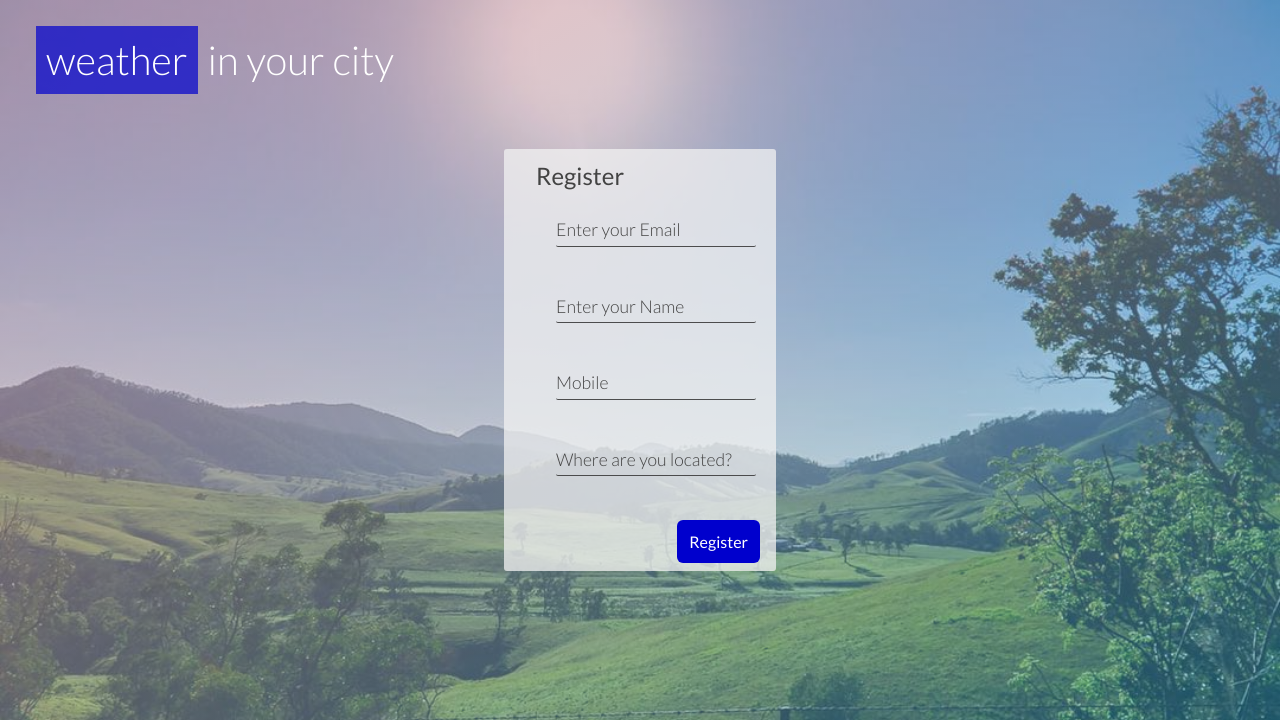
Repository: nosplashurinal/weather-app
Page: /
These files come from the project's save history. The page is drawn as it stood at one moment and after the next save; the edit follows.
The browser window is 1280 px wide. The pictures show the whole page.
The project was rebuilt for these pictures with package versions that can differ from the ones it lists, and the page was loaded fresh each time. Also part of the build but not shown: src/components/RecentSearches.vue, src/components/Search.vue, src/components/WeatherDataBlock.vue, src/components/Login.vue.

Above is the page before, as saved 2018-12-31 18:22:11.

### public/index.html
<!DOCTYPE html>
<html lang="en">

<head>
	<meta charset="utf-8">
	<meta http-equiv="X-UA-Compatible" content="IE=edge">
	<meta name="viewport" content="width=device-width,initial-scale=1.0">
	<link rel="icon" href="<%= BASE_URL %>favicon.ico">
	<link href="https://fonts.googleapis.com/css?family=Lato:300,400" rel="stylesheet">
	<title>weather-app</title>
</head>

<body>
	<noscript>
		<strong>We're sorry but weather-app doesn't work properly without JavaScript enabled. Please enable it to continue.</strong>
	</noscript>
	<div id="app"></div>
	<!-- built files will be auto injected -->
</body>

</html>

### src/App.vue
<template>
  <div class="root-container">
    <div class="bg" v-bind:style="{backgroundImage: `url(${bg})`}"></div>
    <div class="overlay"></div>
    <div class="title">
      <span>weather</span>
      <span>in your city</span>
    </div>
    <Login v-bind:isLoginError="isLoginError" v-if="!loginSuccess && !showRegistration" v-on:on-login="attemptLogin" v-on:open-registration="showRegistration = true" />
    <Registration v-if="showRegistration" v-on:on-success="showRegistration = false" />
    <div v-if="loginSuccess" class="search-container" v-bind:class="{resultActive: showResults}">
      <Search
        v-bind:message="message"
        v-bind:showLoading="isLoadingResults"
        v-bind:isError="isError"
        v-on:on-key-press="onClickSearch"
        v-on:on-change="onInputChange"
      />
      <transition name="ease">
        <div class="results-container" v-if="showResults">
          <WeatherDataBlock v-bind:weatherData="weatherData"/>
        </div>
      </transition>
    </div>
  </div>
</template>

<script>
import Search from "./components/Search.vue";
import WeatherDataBlock from "./components/WeatherDataBlock.vue";
import Login from "./components/Login.vue";
import Registration from "./components/Registration.vue";
import axios from "axios";

export default {
  name: "app",
  components: {
    Search,
    WeatherDataBlock,
    Login,
    Registration
  },
  data() {
    return {
      currentQueryValue: null,
      results: [],
      showResults: false,
      address: null,
      isError: false,
      message: null,
      searchQuery: null,
      isLoadingResults: false,
      units: "metric",
      weatherData: undefined,
      bg: "/images/bg.jpg",
      weatherBg: null,
      screenWidth: window.innerWidth,
      screenHeight: window.innerHeight,
      showRegistration: false,
      loginSuccess: false,
      isLoginError: false
    };
  },
  created: function() {
    if (!JSON.parse(window.localStorage.getItem("user"))) {
      this.showRegistration = true;
    }
  },
  mounted: function() {
    if (JSON.parse(window.localStorage.getItem("searches"))) {
      this.validateRecentSearches();
    }
  },
  watch: {
    async searchQuery(newQuery) {
      let storedWeatherData;
      this.showResults = false;

      // Check if anything is saved in localStorage
      if (window.localStorage.getItem("searches")) {
        // Now, check if the current query matches anything in localStorage
        storedWeatherData = this.getFromLocalStorage(newQuery);
      } else {
        // Create an empty object in localStorage
        window.localStorage.setItem("searches", null);
      }
      if (storedWeatherData) {
        this.isLoadingResults = true;
        // Translate localStorage data into the format needed to display the data
        setTimeout(
          () =>
            (this.weatherData = this.parseStoredWeatherData(
              storedWeatherData.result
            )),
          0.0001
        );
      } else {
        this.isLoadingResults = true;
        try {
          let weatherData = await this.fetchWeatherDataForCity(
            this.searchQuery
          );
          const formattedData = this.parseApiResponse(newQuery, weatherData);
          this.pushDataToLocalStorage(formattedData);
          this.weatherData = formattedData.result;
        } catch {
          this.isLoadingResults = false;
          this.isError = true;
        }
      }
    },
    weatherData() {
      this.isLoadingResults = false;
      this.showResults = true;
      this.changeBackgroundImage();
    }
  },
  methods: {
    async validateRecentSearches() {
      let storedData = window.localStorage.getItem("searches");
      let storedDataObject = JSON.parse(storedData);
      let promiseArray = [];
      let newDataObject = [];
      storedDataObject.forEach(({ result }) => {
        promiseArray.push(this.fetchWeatherDataForCity(result.name));
      });
      let responseArray = await Promise.all(promiseArray);
      responseArray.forEach((data, index) => {
        const formattedData = this.parseApiResponse(
          storedDataObject[index].query,
          data
        );
        newDataObject.push(formattedData);
      });
      window.localStorage.setItem("searches", JSON.stringify(newDataObject));
    },
    timeDifferenceBetwenNowAndDate(d) {
      const date = new Date(d * 1000);
      const now = new Date();
      return (now.getTime() - date.getTime()) / (1000 * 60);
    },
    attemptLogin(e) {
      const user = window.localStorage.getItem("user");
      if (user === e) {
        this.loginSuccess = true;
      } else {
        this.isLoginError = true;
      }
    },
    onInputChange() {
      if (this.isError) this.isError = false;
    },
    pushDataToLocalStorage(newDataItem) {
      let storedData = window.localStorage.getItem("searches");
      let storedDataObject = JSON.parse(storedData);
      let newDataObject = [];
      if (storedDataObject) {
        newDataObject = [...storedDataObject, newDataItem];
      } else {
        newDataObject.push(newDataItem);
      }
      window.localStorage.setItem("searches", JSON.stringify(newDataObject));
    },
    parseApiResponse(query, data) {
      return {
        query,
        result: {
          id: data.sys.id,
          temp: data.main.temp,
          name: data.name,
          country: data.sys.country,
          icon: data.weather[0].icon,
          description: data.weather[0].description,
          date: data.dt,
          humidity: data.wind.speed,
          wind: data.main.humidity
        }
      };
    },
    parseStoredWeatherData(data) {
      return {
        name: data.name,
        country: data.country,
        humidity: data.humidity,
        temp: data.temp,
        wind: data.wind,
        icon: data.icon,
        description: data.description,
        date: data.date
      };
    },
    getFromLocalStorage(i) {
      const localStorage = window.localStorage;
      const searchObject = JSON.parse(localStorage.getItem("searches"));
      if (searchObject) {
        return searchObject.find(item => item.query === i);
      } else {
        return null;
      }
    },
    onClickSearch(e) {
      this.searchQuery = e;
    },
    fetchWeatherDataForCity(city) {
      return new Promise((resolve, reject) => {
        axios
          .get(
            `http://api.openweathermap.org/data/2.5/weather?q=${city}&APPID=7c519880689160b16f5d233f16f2868d${
              this.units === "metric" ? "&units=metric" : ""
            }`
          )
          .then(response => {
            if (response.status === 404) {
              reject(response.err);
            } else {
              resolve(response.data);
            }
          })
          .catch(() => {
            this.isError = true;
            this.isLoadingResults = false;
            return;
          });
      });
    },
    changeBackgroundImage() {
      var newImg = new Image();
      newImg.onload = () => (this.bg = newImg.src);
      newImg.src = `https://loremflickr.com/1920/1080/${
        this.weatherData.description
      }`;
    }
  }
};
</script>

<style lang="scss" src="@/styles/app.scss">
</style>

### src/styles/app.scss
@import "./global.scss";
@import "./constants.scss";

.root-container {
  width: 100%;
  height: auto;
  overflow-y: scroll;
  overflow-x: hidden;
  font-size: 16px;
}
.bg {
  position: absolute;
  background-repeat: no-repeat;
  background-size: cover;
  background-position: center;
  -webkit-transition: background-image 500ms ease-in-out;
  transition: background-image 500ms ease-in-out;
  width: 100%;
  height: 100%;
}
.overlay {
  position: absolute;
  width: 100%;
  height: 100%;
  background-image: linear-gradient(
    to bottom right,
    rgba(230, 154, 154, 0.65),
    rgba(44, 181, 232, 0.4)
  );
}
.title {
  position: absolute;
  top: 36px;
  left: 36px;
  width: auto;
  height: auto;
  text-align: center;
  font-size: 2.5em;
  color: #fff;
  font-family: $font-primary;
  font-weight: 100;
  > span {
    padding: 0.25em;
    &:nth-child(1) {
      background-color: rgba($blue, 0.7);
    }
  }
}
.search-container {
  position: absolute;
  top: 50%;
  transform: translate(-50%, -50%);
  left: 50%;
  .results-container {
    margin-top: 4em;
    z-index: 9;
  }
}
.ease-enter-active,
.ease-leave-active {
  transition: all 900ms cubic-bezier(0, 0.57, 0.01, 0.97);
}
.ease-enter, .ease-leave-to /* .fade-leave-active below version 2.1.8 */ {
  opacity: 0;
  transform: scale(0.9) translate(0, 50px);
}
.slide-enter-active, .slide-leave-active {
  transition: opacity 350ms ease-in-out;
}
.slide-enter /* .fade-leave-active below version 2.1.8 */ {
  opacity: 0;
}

### src/styles/global.scss
html, body {
	position: relative;
	width: 100%;
	height: 100%;
}

body {
	color: #333;
	margin: 0;
	padding: 0;
	box-sizing: border-box;
	font-family: -apple-system, BlinkMacSystemFont, "Segoe UI", Roboto, Oxygen-Sans, Ubuntu, Cantarell, "Helvetica Neue", sans-serif;
}

a {
	color: rgb(0,100,200);
	text-decoration: none;
}

a:hover {
	text-decoration: underline;
}

a:visited {
	color: rgb(0,80,160);
}

label {
	display: block;
}

input, button, select, textarea {
	font-family: inherit;
	font-size: inherit;
	padding: 0.4em;
	margin: 0 0 0.5em 0;
	box-sizing: border-box;
	border: 1px solid #ccc;
	border-radius: 2px;
}

input:disabled {
	color: #ccc;
}

button {
	background-color: #f4f4f4;
	outline: none;
}

button:active {
	background-color: #ddd;
}

button:focus {
	border-color: #666;
}

p {
	margin: 0;
	padding: 0;
}

ul {
	list-style: none;
}
input:focus {
	outline: 0;
}
button {
	border: 0;
}

### src/styles/constants.scss
$blue: rgb(0, 0, 205);
$font-primary: "Lato", sans-serif;

### src/components/Registration.vue
<template>
  <div class="registration">
    <p>Register</p>
    <div class="fields-container">
      <input
        placeholder="Enter your Email"
        autofocus
        autocomplete="off"
        type="email"
        name="email"
        class="email"
        id="email"
        v-model="email"
      >
      <input
        placeholder="Enter your Name"
        autofocus
        autocomplete="off"
        type="text"
        name="name"
        class="name"
        id="name"
        v-model="name"
      >
      <input
        placeholder="Mobile"
        autofocus
        autocomplete="off"
        type="phone"
        name="mobile"
        class="mobile"
        id="mobile"
        v-model="mobile"
      >
      <input
        placeholder="Where are you located?"
        autofocus
        autocomplete="off"
        type="text"
        name="location"
        class="location"
        id="location"
        v-model="location"
      >
    </div>
    <button type="button" class="next" v-on:click="onRegister">Register</button>
  </div>
</template>
<script>
export default {
  name: "Registration",
  data() {
    return {
      email: null,
      name: null,
      mobile: null,
      location: null
    };
  },
  methods: {
    onRegister() {
      const { email, name, mobile, location } = this;
      const userObject = {
        email,
        name,
        mobile,
        location
      };
      window.localStorage.setItem("user", JSON.stringify(userObject));
      this.$emit("on-success");
    }
  }
};
</script>
<style lang="scss" src="@/styles/registration.scss">
</style>

### src/styles/registration.scss
@import "./constants.scss";

.registration {
  position: absolute;
  top: 50%;
  transform: translate(-50%, -50%);
  left: 50%;
  background: rgba(#f2f2f2, 0.75);
  border-radius: 3px;
  font-family: "Lato", sans-serif;
  padding-left: 2em;
  p {
    color: #434343;
    position: relative;
    font-size: 1.5em;
    padding: 0.5em 0;
    margin-bottom: 0.5em;
  }
  .fields-container {
    position: relative;
    padding: 0 1.25em;
    ::-webkit-input-placeholder { /* Chrome/Opera/Safari */
      color: #434343;
    }
    ::-moz-placeholder { /* Firefox 19+ */
      color: #434343;
    }
    input {
      color: #434343;
      background: transparent;
      border: 0;
      display: block;
      border-bottom: 1px solid #434343;
      font-size: 1.1em;
      font-weight: 300;
      margin: 0;
      width: 200px;
      height: auto;
      padding: 0;
      padding: 0.3em 0;
      margin-bottom: 2.5em;
      &::focus {
        background: transparent;
        border: 0;
        border-bottom: 1px solid #434343;
        outline: none;
        box-shadow: none;
      }
    }
  }
  .next {
    background: $blue;
    color: #fff;
    padding: 0.75em;
    margin-right: 1em;
    border-radius: 6px;
    cursor: pointer;
    float: right;
  }
}

Loaded but not shown: src/main.js (common file)

After the next save:
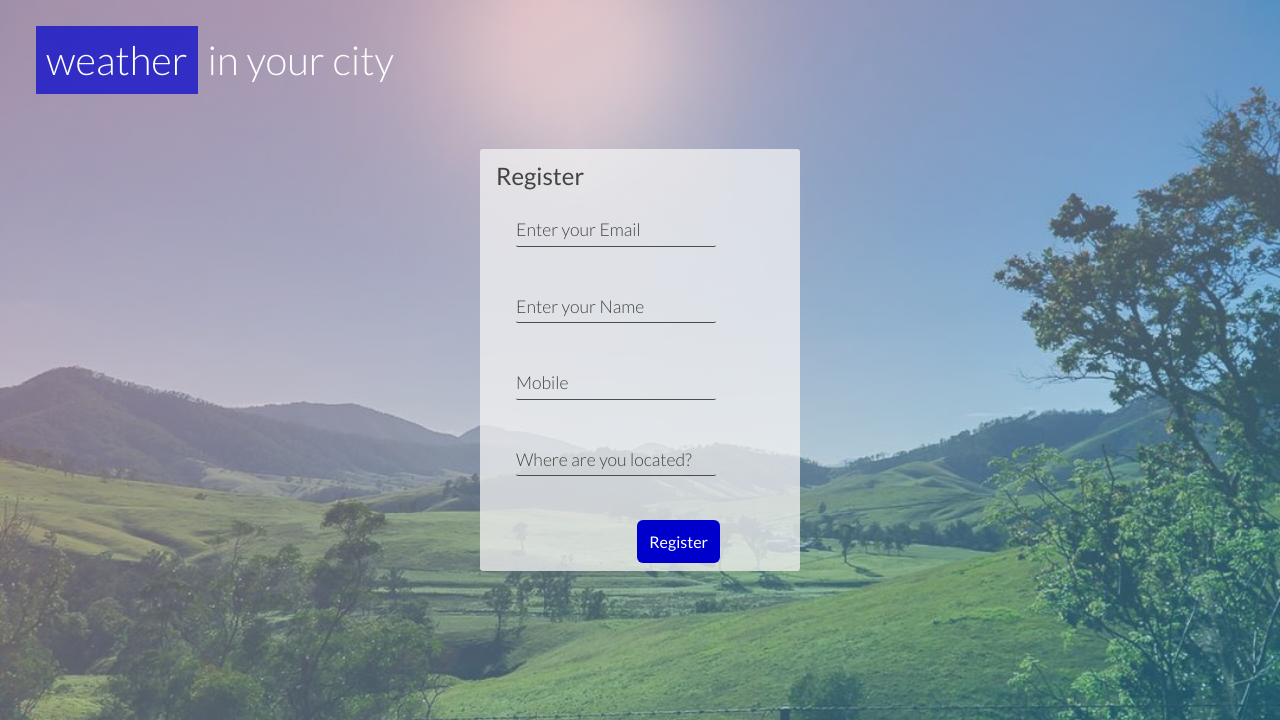
Saved 11 s later.
--- a/src/styles/registration.scss
+++ b/src/styles/registration.scss
@@ -8,7 +8,8 @@
   background: rgba(#f2f2f2, 0.75);
   border-radius: 3px;
   font-family: "Lato", sans-serif;
-  padding-left: 2em;
+  padding-left: 1em;
+  padding-right: 4em;
   p {
     color: #434343;
     position: relative;
